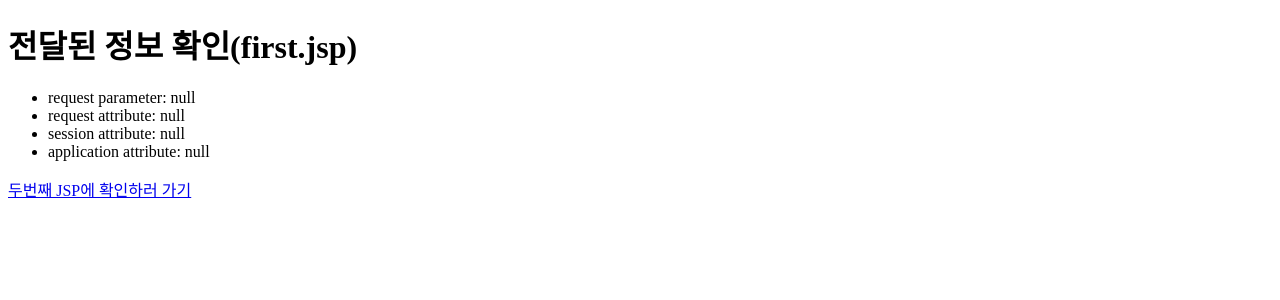
Repository: bgmun01/woorifisa_java
Page: http://localhost/web_day3/session/second.jsp
These files come from the project's save history. The page is drawn as it stood at one moment and after the next save; the edit follows.
The browser window is 1280 px wide. The pictures show the whole page.
The page is served by Tomcat 9. Nobody is signed in. The application's start-up code is not run. The template is opened directly, without the code that normally fills it, so the values that code supplies are empty.

Above is the page before, as saved 2023-06-19 00:53:35.

After the next save:
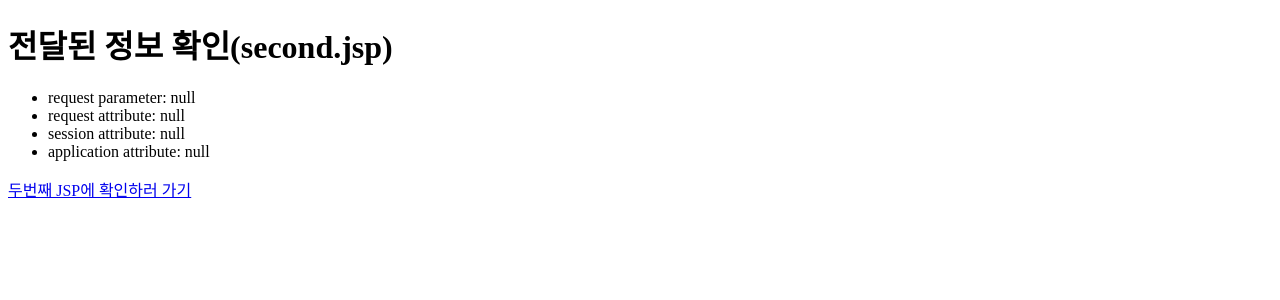
Saved 14 s later.
--- a/web_day3/src/main/webapp/session/second.jsp
+++ b/web_day3/src/main/webapp/session/second.jsp
@@ -7,7 +7,7 @@
 <title>Insert title here</title>
 </head>
 <body>
-	<h1> 전달된 정보 확인(first.jsp)</h1>
+	<h1> 전달된 정보 확인(second.jsp)</h1>
 	<ul>
 		<li>request parameter: <%= request.getParameter("type") %>
 		<li>request attribute: <%= request.getAttribute("reqAttr") %>
